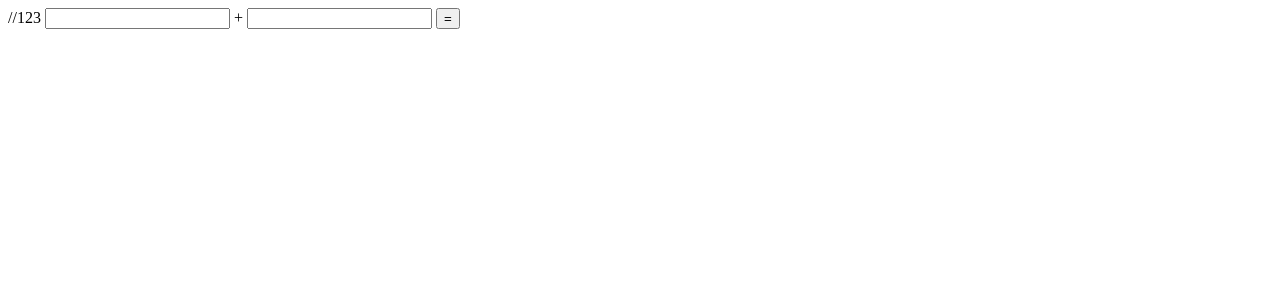
Repository: jessie9527/Java_Brad
Page: BradWeb/src/main/webapp/bard07.html
An editor plug-in stored every save of this project. The page is shown before and after the next save, followed by the edit.
The browser window is 1280 px wide. The pictures show the whole page.

Above is the page before, as saved 2023-05-09 02:33:47.

### BradWeb/src/main/webapp/bard07.html
<!DOCTYPE html>
<html>
	<head>
		<meta charset="UTF-8">
		<title>Brad Big Company</title>
	</head>
	<body>
		<form action="Brad07"> //123
			<input name="x">
			+
			<input name="y">
			<input type="submit" value="=">
		</form>
	</body>
</html>

After the next save:
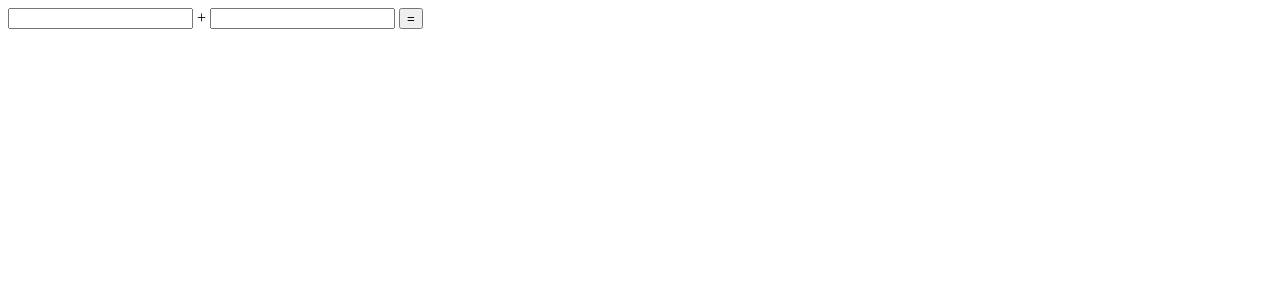
Saved 17 min 47 s later.
--- a/BradWeb/src/main/webapp/bard07.html
+++ b/BradWeb/src/main/webapp/bard07.html
@@ -5,7 +5,7 @@
 		<title>Brad Big Company</title>
 	</head>
 	<body>
-		<form action="Brad07"> //123
+		<form action="Brad07"> <!-- 連接資料庫 -->
 			<input name="x">
 			+
 			<input name="y">
